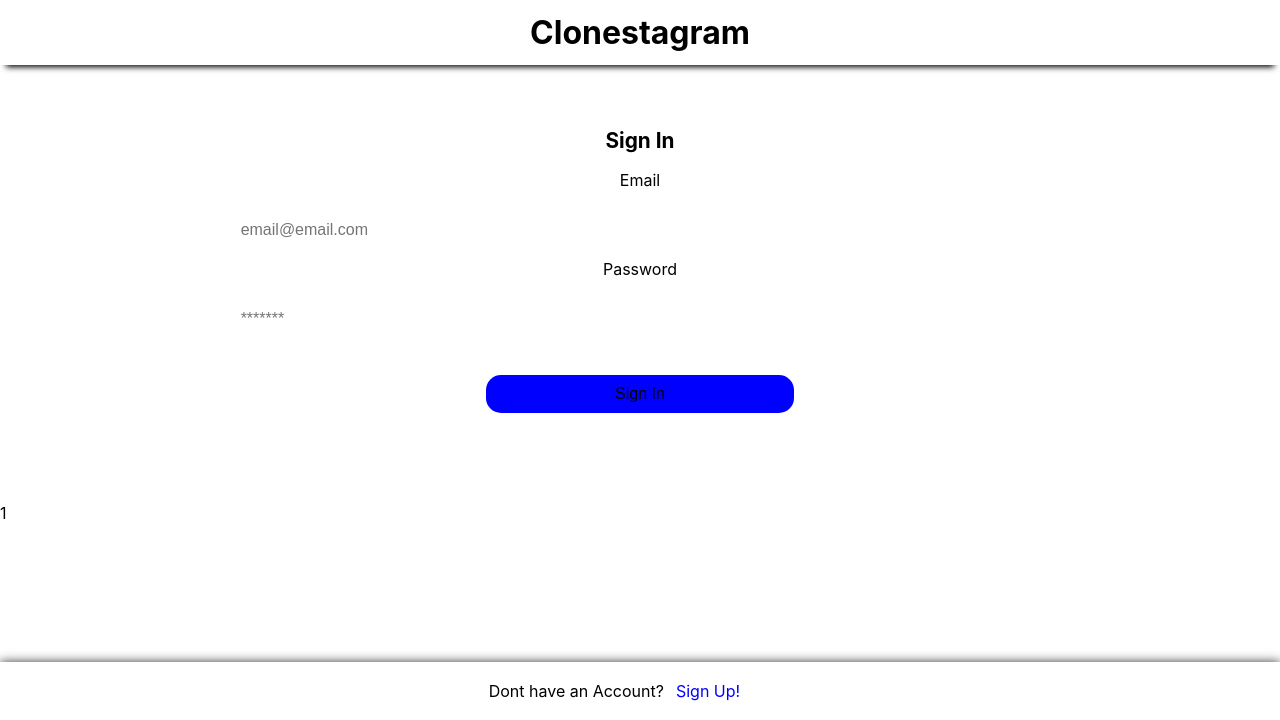
Repository: MikeMoore55/clonestagram
Page: /signin
The author's editor kept a copy of each file at every save. The page is drawn from the files as they stood at one save, then again after the next save.
The browser window is 1280 px wide. The pictures show the whole page.
The page's requests for data from a server got no answer. The project was rebuilt for these pictures with package versions that can differ from the ones it lists, and the page was loaded fresh each time. The framework's server and built-in components were replaced by stand-ins that run in the browser. No one was signed in, and anything a server would have sent is missing. Also part of the build but not shown: next.config.js.

Above is the page before, as saved 2022-11-18 09:00:11.

After the next save:
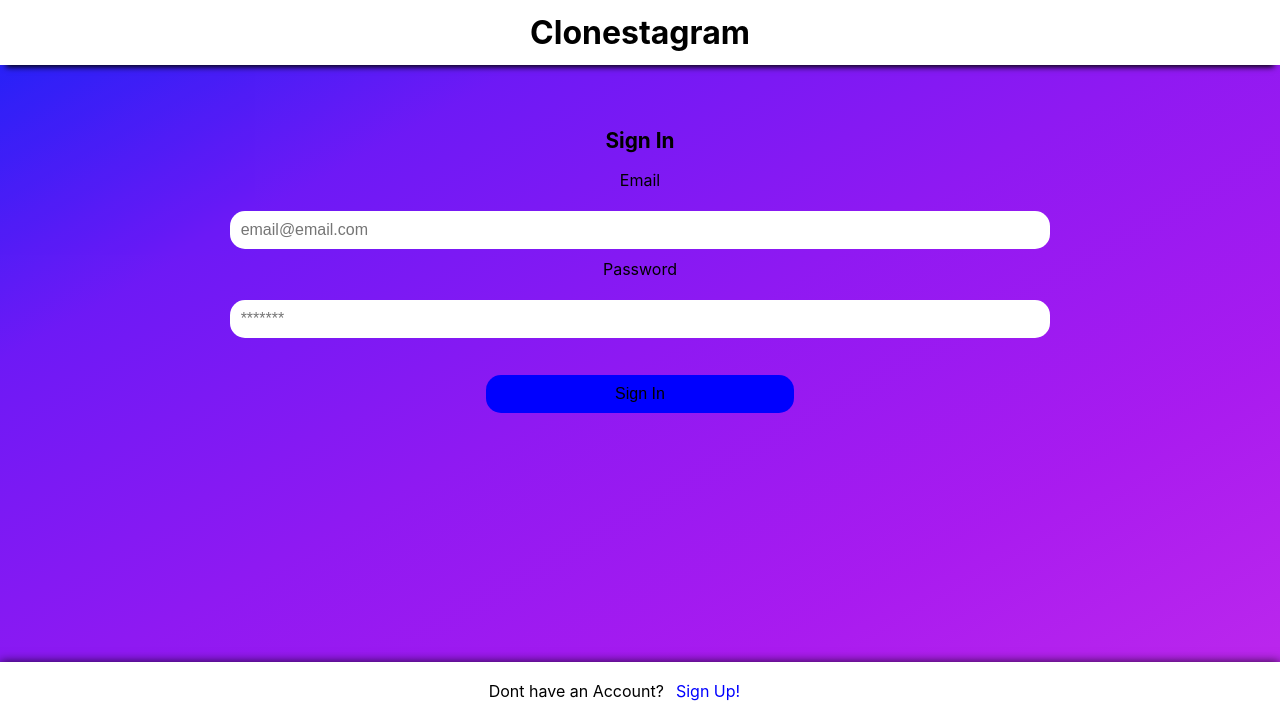
Saved 29 s later.
--- a/styles/SignIn.module.css
+++ b/styles/SignIn.module.css
@@ -64,6 +64,20 @@
 
 .btn:active {
     transform: scale((0.9));
+}
+
+.backgroundFeature {
+    position: fixed;
+    color: transparent;
+    background-image: linear-gradient(to right bottom, #000bf8, #5e00f5, #8300f1, #a002ee, #b812eb);
+    width: 100%;
+    height: 100%;
+    bottom: 0%;
+    right: 0%;
+    top: 0%;
+    left: 0%;
+    z-index: -1;
+    opacity: 0.9;
 }
 
 .signUpSection {
